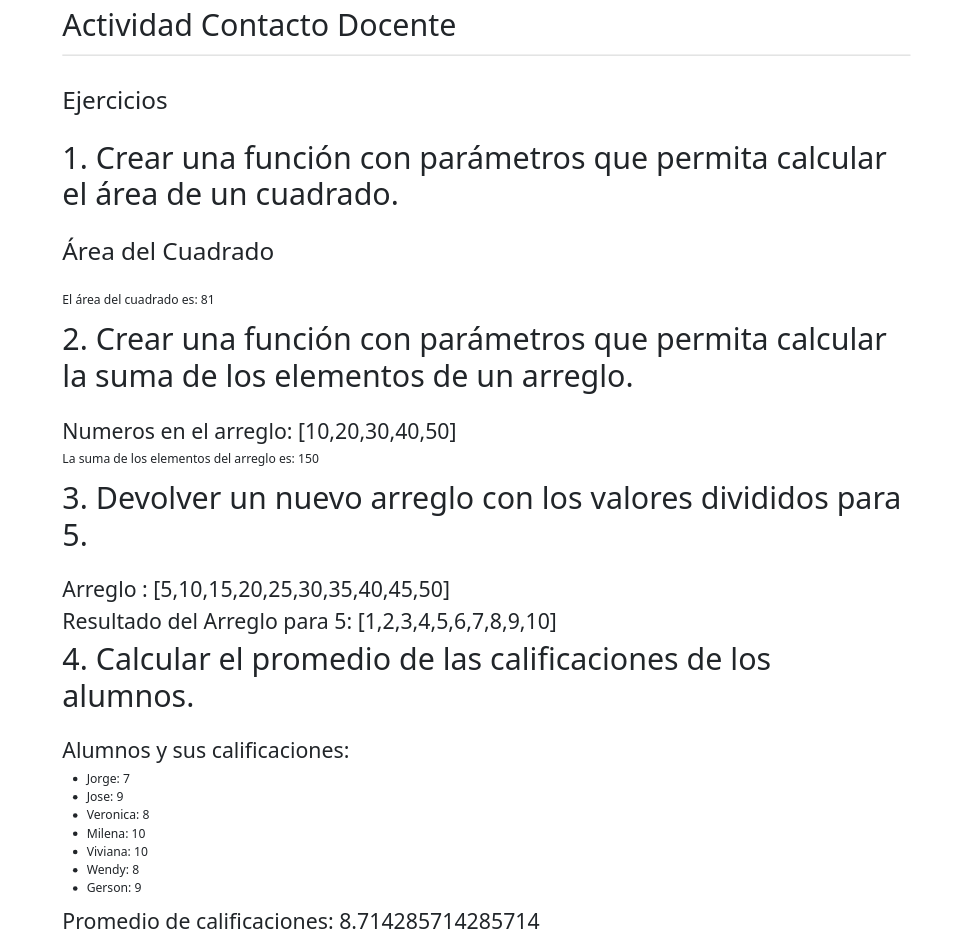
Repository: Jchimbo99/Actvidad1
Page: / (app in typescript-actividad/)
An editor plug-in stored every save of this project. The page is shown before and after the next save, followed by the edit.
The browser window is 1280 px wide. The pictures show the whole page, at 76% of full size.
The project was rebuilt for these pictures with package versions that can differ from the ones it lists, and the page was loaded fresh each time. Also part of the build but not shown: typescript-actividad/vite.config.ts.

Above is the page before, as saved 2025-01-22 20:51:21.

### typescript-actividad/index.html
<!doctype html>
<html lang="en">
  <head>
    <meta charset="UTF-8" />
    <link rel="icon" type="image/svg+xml" href="/vite.svg" />
    <meta name="viewport" content="width=device-width, initial-scale=1.0" />
    <link href="https://cdn.jsdelivr.net/npm/bootstrap@5.3.3/dist/css/bootstrap.min.css" rel="stylesheet" integrity="sha384-QWTKZyjpPEjISv5WaRU9OFeRpok6YctnYmDr5pNlyT2bRjXh0JMhjY6hW+ALEwIH" crossorigin="anonymous">

    <title>Activididad Jch</title>
  </head>
  <body class="container">
    <div id="root"></div>
    <script type="module" src="/src/main.tsx"></script>
  </body>
</html>

### typescript-actividad/src/App.tsx
import { AreaCuadrado } from "./typescript/AreaCuadrado";
import { SumaArreglo } from "./typescript/Arreglo";
import { ArreglosDivision } from "./typescript/ArreglosDivision";
import { PromedioCalificaciones } from "./typescript/PromedioCalificaciones";

export const App = () => {
  return (

    <div className="mt-2">
      <h1>Actividad Contacto Docente</h1>
      <hr />
      <br />
      <h2>Ejercicios</h2>
      <br />

      <AreaCuadrado/>

      <SumaArreglo/>
      <ArreglosDivision/>
      <PromedioCalificaciones/>
      </div>
  )
}


export default App;

### typescript-actividad/src/typescript/AreaCuadrado.tsx
export const AreaCuadrado = () => {
    const lado = 9;
    const area = lado * lado;

    return (
        <div>

            <h1>1.	Crear una función con parámetros que permita calcular el área de un cuadrado.</h1>
            <br />
            <h2>Área del Cuadrado</h2>
            <br />
            <p>El área del cuadrado es: {area}</p>
        </div>
    );
}

### typescript-actividad/src/typescript/Arreglo.tsx
export const SumaArreglo = () => {

    const numeros = [10, 20, 30, 40, 50];

    const calcularSuma = (numeros: number[]): number => {
        return numeros.reduce((total, numero) => total + numero, 0);
    }

    const totalSuma = calcularSuma(numeros);

    return (
        <div>
            <h1>2. Crear una función con parámetros que permita calcular la suma de los elementos de un arreglo.</h1>
            <br />
            <h3>Numeros en el arreglo: {JSON.stringify(numeros)}</h3>
            <p>La suma de los elementos del arreglo es: {totalSuma}</p>
        </div>
    );
}

### typescript-actividad/src/typescript/ArreglosDivision.tsx
export const ArreglosDivision = () => {
    const arreglo = [5, 10, 15, 20, 25, 30, 35, 40, 45, 50];

    const arregloDividido = arreglo.map((valor) => valor / 5);

    return (
        <div>
            <h1>3. Devolver un nuevo arreglo con los valores divididos para 5.</h1>
            <br />
            <h3>Arreglo : {JSON.stringify(arreglo)}</h3>
            <h3>Resultado del Arreglo para  5: {JSON.stringify(arregloDividido)}</h3>
        </div>
    );
}

### typescript-actividad/src/typescript/PromedioCalificaciones.tsx
interface Alumno {
    name: string;
    edad: number;
    calificacion: number;
}

export const PromedioCalificaciones = () => {
    const alumnos: Alumno[] = [
        {
            name: "Jorge",
            edad: 22,
            calificacion: 7,
        },
        {
            name: "Jose",
            edad: 21,
            calificacion: 9,
        },
        {
            name: "Veronica",
            edad: 23,
            calificacion: 8,
        },
        {
            name: "Milena",
            edad: 20,
            calificacion: 10,
        },
        {
            name: "Viviana",
            edad: 19,
            calificacion: 10,
        },
        {
            name: "Wendy",
            edad: 20,
            calificacion: 8,
        },
        {
            name: "Gerson",
            edad: 18,
            calificacion: 9,
        },
    ];


    const calcularPromedio = (alumnos: Alumno[]): number => {
        const sumaCalificaciones = alumnos.reduce((total, alumno) => total + alumno.calificacion, 0);
        return sumaCalificaciones / alumnos.length;
    };

    const promedio = calcularPromedio(alumnos);

    return (
        <div>
            <h1>4. Calcular el promedio de las calificaciones de los alumnos.</h1>
            <br />
            <h3>Alumnos y sus calificaciones:</h3>
            <ul>
                {alumnos.map((alumno, index) => (
                    <li key={index}>
                        {alumno.name}: {alumno.calificacion}
                    </li>
                ))}
            </ul>
            <h3>Promedio de calificaciones: {promedio}</h3>
        </div>
    );
}

Loaded but not shown: typescript-actividad/src/main.tsx (common file)

After the next save:
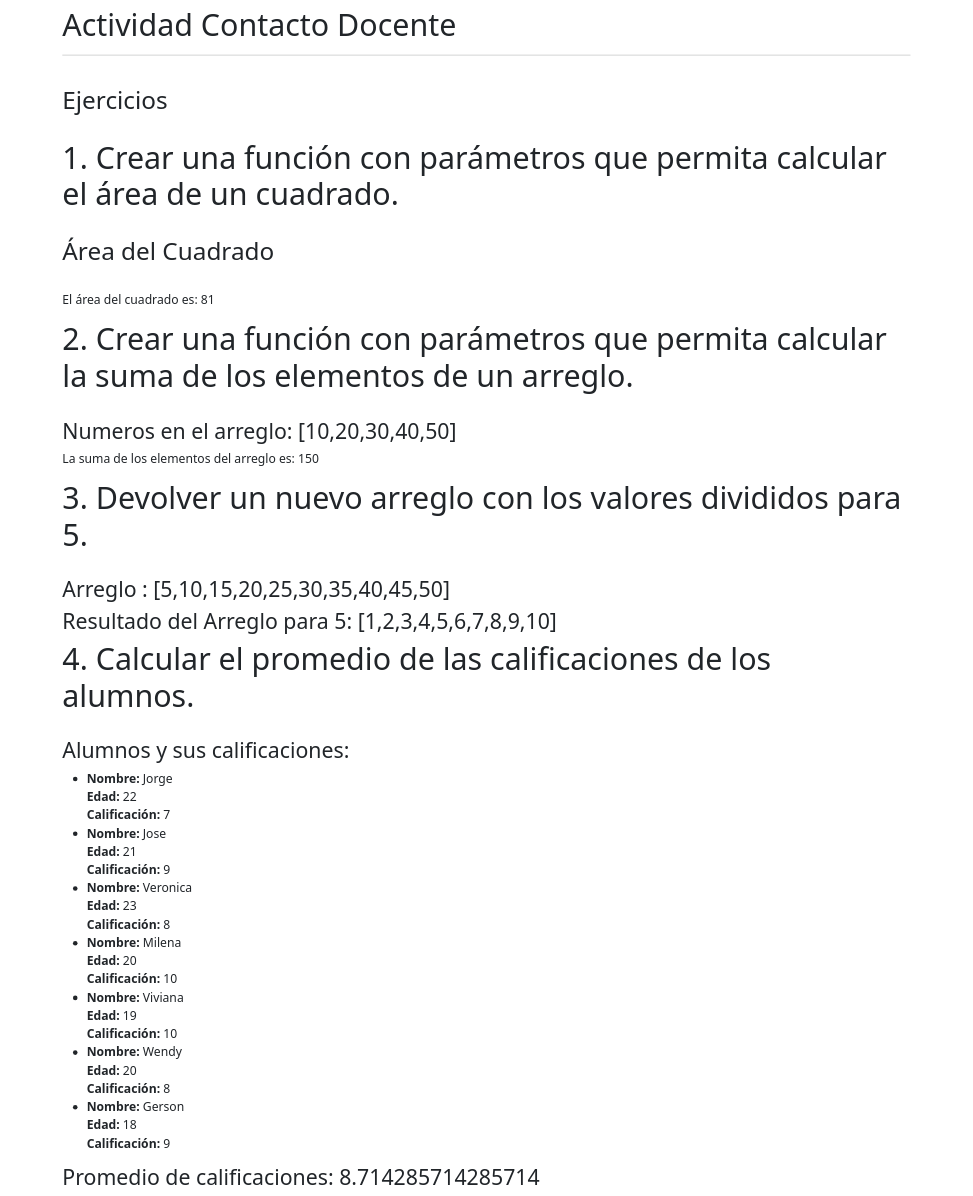
Saved 55 s later.
--- a/typescript-actividad/src/typescript/PromedioCalificaciones.tsx
+++ b/typescript-actividad/src/typescript/PromedioCalificaciones.tsx
@@ -43,7 +43,7 @@ export const PromedioCalificaciones = () => {
         },
     ];
 
-
+    // Función para calcular el promedio de las calificaciones
     const calcularPromedio = (alumnos: Alumno[]): number => {
         const sumaCalificaciones = alumnos.reduce((total, alumno) => total + alumno.calificacion, 0);
         return sumaCalificaciones / alumnos.length;
@@ -59,7 +59,9 @@ export const PromedioCalificaciones = () => {
             <ul>
                 {alumnos.map((alumno, index) => (
                     <li key={index}>
-                        {alumno.name}: {alumno.calificacion}
+                        <strong>Nombre:</strong> {alumno.name} <br />
+                        <strong>Edad:</strong> {alumno.edad} <br />
+                        <strong>Calificación:</strong> {alumno.calificacion}
                     </li>
                 ))}
             </ul>
